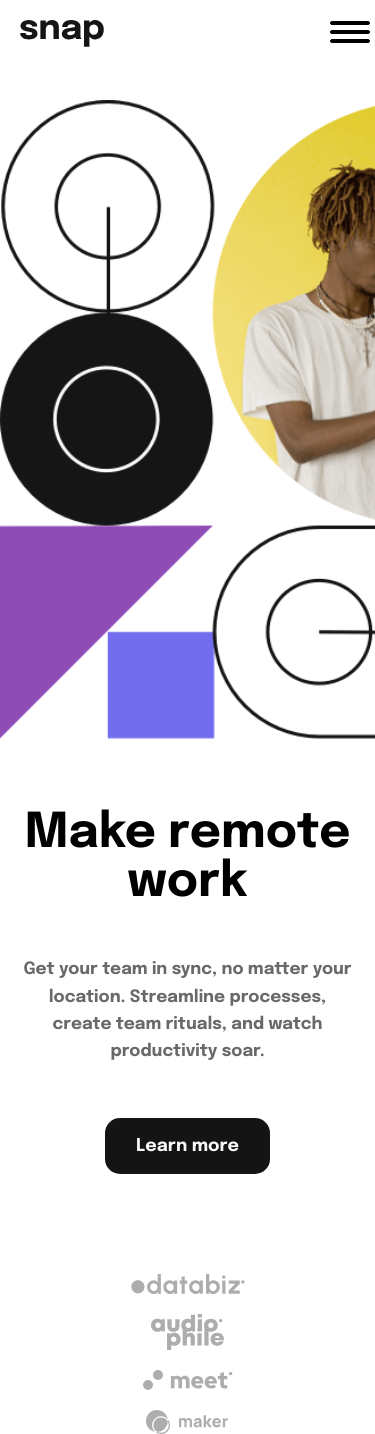
Repository: KamoliddinGIT/intro-section-with-dropdown
Page: index.html
An editor plug-in stored every save of this project. The page is shown before and after the next save, followed by the edit.
The browser window is 375 px wide. The pictures show the whole page.

Above is the page before, as saved 2023-09-24 19:55:29.

### index.html
<!DOCTYPE html>
<html lang="en">
  <head>
    <meta charset="UTF-8" />
    <meta name="viewport" content="width=device-width, initial-scale=1.0" />
    <link
      rel="icon"
      type="image/png"
      sizes="32x32"
      href="./images/favicon-32x32.png"
    />
    <link
      href="https://fonts.googleapis.com/css2?family=Epilogue:wght@500;700&display=swap"
      rel="stylesheet"
    />
    <link rel="stylesheet" href="./css/style.css" />
    <title>Intro section with dropdown navigation</title>
  </head>
  <body>
    <div class="container">
      <div class="header">
        <img src="./images/logo.svg" alt="logo" class="logo" />
        <div class="nav-items">
          <ul class="nav">
            <li>
              <button class="features">
                Features
                <img
                  src="./images/icon-arrow-down.svg"
                  alt="arrow"
                  class="arrow-1"
                />
              </button>
              <ul class="toggle__1" style="display: none">
                <li>
                  <img src="./images/icon-todo.svg" alt="icon" /> Todo List
                </li>
                <li>
                  <img src="./images/icon-calendar.svg" alt="icon" /> Calendar
                </li>
                <li>
                  <img src="./images/icon-reminders.svg" alt="icon" /> Reminders
                </li>
                <li>
                  <img src="./images/icon-planning.svg" alt="icon" /> Planning
                </li>
              </ul>
            </li>
            <li>
              <button class="company">
                Company
                <img
                  src="./images/icon-arrow-down.svg"
                  alt="arrow"
                  class="arrow-2"
                />
              </button>
              <ul class="toggle__2" style="display: none">
                <li>History</li>
                <li>Our Team</li>
                <li>Blog</li>
              </ul>
            </li>
            <li>Careers</li>
            <li>About</li>
          </ul>
          <div class="sign__options">
            <a href="#" class="login">Login</a>
            <a href="#" class="register">Register</a>
          </div>
        </div>
        <div class="hamburgers" onclick="burger()">
          <div class="burger__1" id="b1"></div>
          <div class="burger__1" id="b2"></div>
          <div class="burger__1" id="b3"></div>
        </div>
        <nav class="nav-menu">
          <ul id="nav">
            <li>
              <button class="features" id="features">
                Features
                <img
                  src="./images/icon-arrow-down.svg"
                  alt="arrow"
                  class="arrow-1"
                  id="arrow-1"
                />
              </button>
              <ul class="toggle__1" id="toggle__1" style="display: none">
                <li>
                  <img src="./images/icon-todo.svg" alt="icon" /> Todo List
                </li>
                <li>
                  <img src="./images/icon-calendar.svg" alt="icon" /> Calendar
                </li>
                <li>
                  <img src="./images/icon-reminders.svg" alt="icon" /> Reminders
                </li>
                <li>
                  <img src="./images/icon-planning.svg" alt="icon" /> Planning
                </li>
              </ul>
            </li>
            <li>
              <button class="company" id="company">
                Company
                <img
                  src="./images/icon-arrow-down.svg"
                  alt="arrow"
                  class="arrow-2"
                  id="arrow-2"
                />
              </button>
              <ul class="toggle__2" id="toggle__2" style="display: none">
                <li>History</li>
                <li>Our Team</li>
                <li>Blog</li>
              </ul>
            </li>
            <li>Careers</li>
            <li>About</li>
          </ul>
          <div id="sign__options">
            <a href="#" class="login">Login</a>
            <a href="#" class="register">Register</a>
          </div>
        </nav>
      </div>
      <section class="main">
        <div class="main-info">
          <div class="main__text">
            <h1>Make remote work</h1>
            <p>
              Get your team in sync, no matter your location. Streamline
              processes, create team rituals, and watch productivity soar.
            </p>
            <a href="#">Learn more</a>
          </div>
          <div class="main__imgs">
            <img src="./images/client-databiz.svg" alt="client" />
            <img src="./images/client-audiophile.svg" alt="audiophile" />
            <img src="./images/client-meet.svg" alt="meet" />
            <img src="./images/client-maker.svg" alt="maker" />
          </div>
        </div>
        <div class="main-img"></div>
      </section>
    </div>

    <script src="./js/index.js"></script>
    <script src="./js/main.js"></script>
  </body>
</html>

### css/style.css
* {
  margin: 0;
  padding: 0;
  box-sizing: border-box;
}

body {
  width: 100%;
  height: 100vh;
  display: flex;
  justify-content: center;
  align-items: center;
  padding: 0 50px;
  font-family: "Epilogue", sans-serif;
}

.container {
  display: flex;
  flex-direction: column;
  align-items: center;
  width: 100%;
  height: 100%;
  gap: 30px;
}

.header {
  position: relative;
  width: 100%;
  padding: 20px;
  display: flex;
  align-items: center;
  gap: 50px;
  font-size: 1.6rem;
  color: #696969;
}

.nav {
  display: flex;
  width: 377px;
  height: 21px;
  align-items: center;
  gap: 2.3rem;
  list-style-type: none;
}

#nav {
  display: flex;
  align-items: start;
  flex-direction: column;
  margin-top: 48px;
  width: 100%;
  height: 132px;
  gap: 1rem;
  list-style-type: none;
}

.features,
.company {
  display: flex;
  flex-direction: row;
  gap: 0.5rem;
  font-weight: 700;
  color: hsl(0, 0%, 41%);
  text-decoration: none;
  align-items: center;
  font-size: 14px;
  transition: all ease-in-out 0.3s;
  cursor: pointer;
  background-color: transparent;
  border: none;
}

.toggle__1 {
  position: absolute;
  top: 4rem;
  width: 133px;
  height: 148px;
  display: flex;
  flex-direction: column;
  align-items: start;
  gap: 1rem;
  border-radius: 10px;
  background-color: #fff;
  padding: 1rem;
  box-shadow: -2px 10px 24px -11px rgba(0, 0, 0, 0.62);
  -webkit-box-shadow: -2px 10px 24px -11px rgba(0, 0, 0, 0.62);
  -moz-box-shadow: -2px 10px 24px -11px rgba(0, 0, 0, 0.62);
  z-index: 1;
}

.toggle__1 li {
  display: flex;
  gap: 1rem;
  align-items: center;
}

#features,
#company {
  display: flex;
  flex-direction: row;
  gap: 0.5rem;
  font-weight: 700;
  color: hsl(0, 0%, 41%);
  text-decoration: none;
  align-items: center;
  font-size: 14px;
  transition: all ease-in-out 0.3s;
  cursor: pointer;
  background-color: transparent;
  border: none;
}

#toggle__1 {
  position: absolute;
  top: 5.5rem;
  width: 133px;
  height: 148px;
  display: flex;
  flex-direction: column;
  align-items: start;
  gap: 1rem;
  border-radius: 10px;
  background-color: #fff;
  padding: 1rem;
  box-shadow: -2px 10px 24px -11px rgba(0, 0, 0, 0.62);
  -webkit-box-shadow: -2px 10px 24px -11px rgba(0, 0, 0, 0.62);
  -moz-box-shadow: -2px 10px 24px -11px rgba(0, 0, 0, 0.62);
  z-index: 1;
}

#toggle__1 li {
  display: flex;
  gap: 1rem;
  align-items: center;
}

li {
  display: flex;
  flex-direction: row;
  gap: 0.5rem;
  font-weight: 700;
  color: hsl(0, 0%, 41%);
  text-decoration: none;
  align-items: center;
  font-size: 14px;
  transition: all ease-in-out 0.3s;
  cursor: pointer;
  background-color: transparent;
  border: none;
}

.nav-items {
  width: 1210px;
  height: 40px;
  display: flex;
  align-items: center;
  justify-content: space-between;
}

.sign__options {
  width: 184px;
  height: 40px;
  display: flex;
  justify-content: space-between;
  align-items: center;
}

.login {
  background-color: transparent;
  border: none;
  color: hsl(0, 0%, 41%);
  font-size: 0.9rem;
  font-weight: 700;
  cursor: pointer;
  transition: all ease-in-out 0.3s;
  text-decoration: none;
}

.login:hover {
  color: black;
}

.register {
  display: flex;
  justify-content: center;
  align-items: center;
  width: 121px;
  height: 40px;
  border: 2px solid hsl(0, 0%, 8%);
  transition: all ease-in-out 0.3s;
  background-color: transparent;
  color: hsl(0, 0%, 41%);
  text-decoration: none;
  padding: 0.5rem 1.35rem;
  border-radius: 15px;
  font-size: 0.9rem;
  font-weight: 700;
  cursor: pointer;
}

.register:hover {
  border-color: hsl(0, 0%, 41%);
  color: hsl(0, 0%, 41%);
}

.features:hover {
  color: black;
}

.company:hover {
  color: black;
}

.toggle__1 li:hover {
  cursor: pointer;
  color: black;
}

.toggle__2 li:hover {
  cursor: pointer;
  color: black;
}

ul li:hover {
  color: black;
}

.toggle__2 {
  width: 100px;
  height: 121px;
  display: flex;
  flex-direction: column;
  justify-content: center;
  align-items: start;
  gap: 1rem;
  border-radius: 10px;
  position: absolute;
  background-color: white;
  padding: 1rem;
  top: 4rem;
  box-shadow: -2px 10px 24px -11px rgba(0, 0, 0, 0.62);
  -webkit-box-shadow: -2px 10px 24px -11px rgba(0, 0, 0, 0.62);
  -moz-box-shadow: -2px 10px 24px -11px rgba(0, 0, 0, 0.62);
  z-index: 1;
}

#toggle__2 {
  width: 100px;
  height: 121px;
  display: flex;
  flex-direction: column;
  justify-content: center;
  align-items: start;
  gap: 1rem;
  border-radius: 10px;
  position: absolute;
  background-color: white;
  padding: 1rem;
  top: 7rem;
  box-shadow: -2px 10px 24px -11px rgba(0, 0, 0, 0.62);
  -webkit-box-shadow: -2px 10px 24px -11px rgba(0, 0, 0, 0.62);
  -moz-box-shadow: -2px 10px 24px -11px rgba(0, 0, 0, 0.62);
  z-index: 1;
}

.hamburgers {
  position: absolute;
  top: -25px;
  right: -5px;
  display: none;
  flex-direction: column;
  justify-content: center;
  align-items: center;
  width: 50px;
  height: 50px;
  margin-right: 50px;
  margin-top: 29px;
  z-index: 9999;
}
.hamburgers:hover {
  cursor: pointer;
}
.burger__1:nth-child(1) {
  width: 40px;
  height: 4px;
  border: 1px solid #000;
  border-radius: 20px;
  margin-top: 5px;
  background-color: #000;
}
.burger__1:nth-child(3) {
  width: 40px;
  height: 4px;
  border: 1px solid #000;
  border-radius: 20px;
  margin-top: 5px;
  background-color: #000;
}

#b2 {
  width: 40px;
  height: 4px;
  border: 1px solid #000;
  border-radius: 20px;
  margin-top: 5px;
  background-color: #000;
}

.nav-menu {
  display: none;
  flex-direction: column;
  align-items: start;
  justify-content: start;
  max-width: 633px;
  width: 100%;
  height: 598px;
  position: fixed;
  padding: 1rem;
  background-color: white;
  height: 100%;
  right: 0;
  top: 0;
  gap: 2rem;
}

.sign__options {
  width: 184px;
  height: 78px;
  display: flex;
  justify-content: space-between;
  text-align: center;
  align-items: center;
}

#sign__options {
  width: 161px;
  height: 78px;
  margin: 0 auto;
  display: flex;
  flex-direction: column;
  justify-content: space-around;
  text-align: center;
  align-items: center;
}

/* -------------------main-starts----------------- */

.main {
  width: 100%;
  height: 640px;
  display: flex;
  align-items: center;
  justify-content: space-around;
}

.main-info {
  display: flex;
  flex-direction: column;
  align-items: center;
  justify-content: space-between;
  width: 532px;
  height: 100%;
}

.main__text {
  margin-top: 104px;
  width: 100%;
  height: 400px;
  display: flex;
  flex-direction: column;
  align-items: start;
  gap: 3.1rem;
}

.main-img {
  background-image: url("../images/image-hero-desktop.png");
  background-repeat: no-repeat;
  background-position: 0 0;
  background-size: cover;
  width: 480px;
  height: 640px;
}

.main__text p {
  color: hsl(0, 0%, 41%);
  font-size: 1.1rem;
  font-weight: 700;
  line-height: 1.7rem;
  width: 90%;
}

.main__text a {
  display: flex;
  justify-content: center;
  align-items: center;
  border-radius: 15px;
  border: 1px solid transparent;
  background-color: hsl(0, 0%, 8%);
  padding: 0.9rem 1.9rem;
  color: rgba(250, 250, 250, 255);
  text-decoration: none;
  font-size: 1.1rem;
  font-weight: 600;
  margin-top: 3.5px;
  transition: all ease-in-out 0.3s;
  height: 56px;
}

.main__text h1 {
  font-size: 72px;
  font-weight: bold;
}

.main__imgs {
  width: 100%;
  display: flex;
  justify-content: space-between;
  align-items: center;
}

/* -------------------main-ends------------------- */

/* ------------media-starts-------------- */

@media only screen and (max-width: 1100px) {
  .nav-items {
    display: none;
  }
  .hamburgers {
    display: flex;
  }
  .container {
    max-width: 1100px;
    width: 100%;
  }
  .main {
    width: 100%;
    min-height: 1300px;
    align-items: center;
    flex-direction: column-reverse;
  }
  .main-info {
    width: 100%;
    height: 50%;
    justify-content: center;
    gap: 100px;
  }
  .main__text {
    align-items: center;
  }
  .main__text h1 {
    text-align: center;
    font-size: 48px;
  }
  .main__text p {
    text-align: center;
    font-size: 17px;
  }
  .main-img {
    width: 100%;
    background-image: url("../images/image-hero-mobile.png");
    background-size: cover;
  }
}

@media only screen and (min-width: 1100px) {
  .nav-menu {
    display: none;
  }
}

@media only screen and (max-width: 500px) {
  body {
    padding: 0;
  }
  .hamburgers {
    right: -50px;
  }
  .main {
    max-width: 500px;
    width: 100%;
  }
  .main-img {
    width: 100%;
  }

  .main-info {
    width: 100%;
  }

  .main__imgs {
    justify-content: space-between;
    gap: 20px;
    flex-direction: column;
  }
}

/* --------------media-ends------------ */

### js/index.js
"use strict";

let features = document.querySelector(".features"),
  arrow1 = document.querySelector(".arrow-1"),
  toggle1 = document.querySelector(".toggle__1");

let onOff = false;

features.addEventListener("click", () => {
  if (onOff === false) {
    arrow1.src = "../images/icon-arrow-up.svg";
    toggle1.style.cssText = "display: flex";
    toggle2.style.cssText = "display: none";
    onOff = true;
  } else {
    arrow1.src = "../images/icon-arrow-down.svg";
    toggle1.style.cssText = "display: none";
    onOff = false;
  }
});

let company = document.querySelector(".company"),
  arrow2 = document.querySelector(".arrow-2"),
  toggle2 = document.querySelector(".toggle__2");

let onOff2 = false;

company.addEventListener("click", () => {
  if (onOff2 === false) {
    arrow2.src = "../images/icon-arrow-up.svg";
    toggle2.style.cssText = "display: flex";
    toggle1.style.cssText = "display: none";

    onOff2 = true;
  } else {
    arrow2.src = "../images/icon-arrow-down.svg";
    toggle2.style.cssText = "display: none";
    onOff2 = false;
  }
});

// hamburger //
let nav_menu = document.querySelector(".nav-menu");
let over1 = document.querySelector("#over1");
let over2 = document.querySelector("#over2");
let over3 = document.querySelector("#over3");
let over4 = document.querySelector("#over4");

let a1 = document.querySelector(".a1");
let a2 = document.querySelector(".a2");
let a3 = document.querySelector(".a3");
let a4 = document.querySelector(".a4");
let b1 = document.querySelector("#b1");
let b2 = document.querySelector("#b2");
let b3 = document.querySelector("#b3");
let body = document.body;

let Click = true;
function burger() {
  if (Click) {
    nav_menu.style.cssText = "display: flex;";
    body.style.cssText =
      "background-color: rgba(6, 6, 6, 0.15);  backdrop-filter: blur(3px); overflow: hidden;";
    b1.style.cssText =
      " transform: rotate(45deg); width: 40px;  position: absolute;";
    b3.style.cssText =
      " transform: rotate(-45deg); width: 40px;  position: absolute;";
    b2.style.cssText =
      "margin-right: border-color: white; background-color: white; border: none;";
    Click = false;
  } else {
    nav_menu.style.cssText = "display: none;";
    body.style.cssText =
      "background-color: white;  backdrop-filter: blur(0); overflow: scroll;";
    b1.style.cssText = " transform: rotate(0deg); width: 40px;";
    b3.style.cssText = " transform: rotate(0deg); width: 40px;";
    b2.style.cssText = "background-color: black";
    Click = true;
  }
}

### js/main.js
"use strict";

let features1 = document.querySelector("#features"),
  arrow_1 = document.querySelector("#arrow-1"),
  toggle_1 = document.querySelector("#toggle__1");

let onOff1 = false;

features1.addEventListener("click", () => {
  if (onOff1 === false) {
    arrow_1.src = "../images/icon-arrow-up.svg";
    toggle_1.style.cssText = "display: flex";
    toggle_2.style.cssText = "display: none";
    onOff1 = true;
  } else {
    arrow_1.src = "../images/icon-arrow-down.svg";
    toggle_1.style.cssText = "display: none";
    onOff1 = false;
  }
});

let company_1 = document.querySelector("#company"),
  arrow_2 = document.querySelector("#arrow-2"),
  toggle_2 = document.querySelector("#toggle__2");

let onOff_2 = false;

company_1.addEventListener("click", () => {
  if (onOff_2 === false) {
    arrow_2.src = "../images/icon-arrow-up.svg";
    toggle_2.style.cssText = "display: flex";
    toggle_1.style.cssText = "display: none";

    onOff_2 = true;
  } else {
    arrow_2.src = "../images/icon-arrow-down.svg";
    toggle_2.style.cssText = "display: none";
    onOff_2 = false;
  }
});

After the next save:
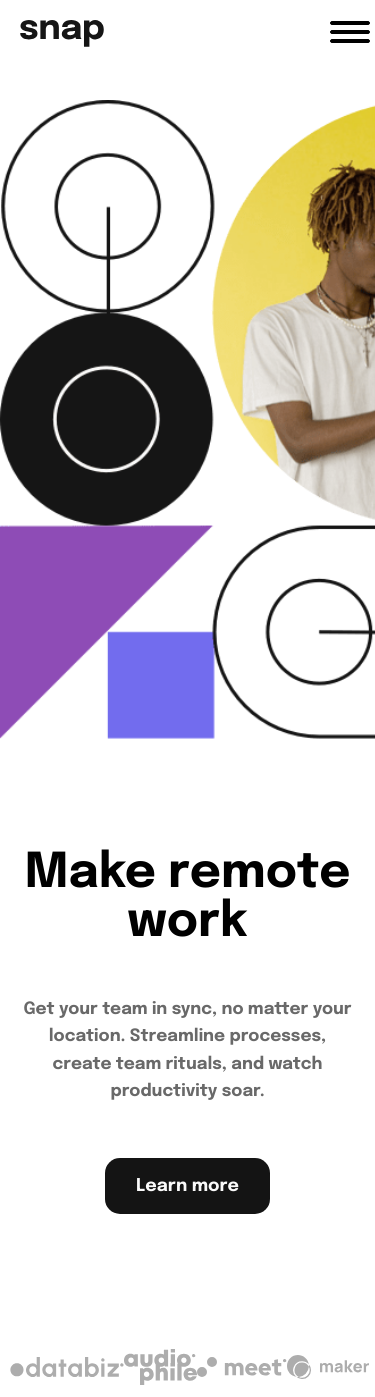
Saved 16 s later.
--- a/css/style.css
+++ b/css/style.css
@@ -489,9 +489,7 @@
   }
 
   .main__imgs {
-    justify-content: space-between;
-    gap: 20px;
-    flex-direction: column;
+    padding: 10px;
   }
 }
 
